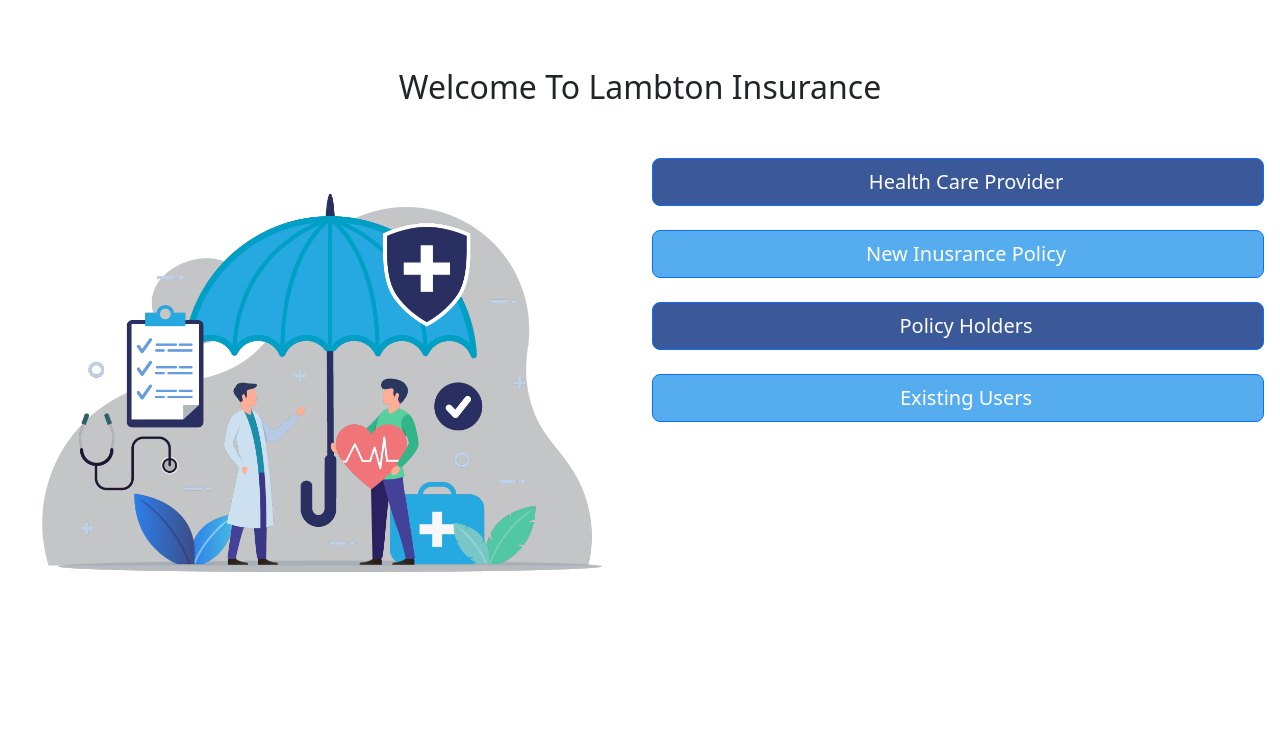
Repository: Puttaz/InsuranceGUI_React
Page: /index (app in client/)
The author's editor kept a copy of each file at every save. The page is drawn from the files as they stood at one save, then again after the next save.
The browser window is 1280 px wide. The pictures show the whole page.
The project was rebuilt for these pictures with package versions that can differ from the ones it lists, and the page was loaded fresh each time. Also part of the build but not shown: client/vite.config.js, client/src/Index.css, client/src/Users.jsx, client/src/CreateUser.jsx, client/src/UpdateUser.jsx.

Above is the page before, as saved 2023-12-06 17:44:35.

### client/src/App.jsx
import { useState } from 'react'
import './App.css'
import {BrowserRouter, Routes, Route} from 'react-router-dom'
import 'bootstrap/dist/css/bootstrap.min.css'
import Index from './Index'
import Users from './Users'
import CreateUser from './CreateUser'
import UpdateUser from './UpdateUser'

function App() {
  const [count, setCount] = useState(0)

  return (
    <div>
      <BrowserRouter>
        <Routes>
          <Route path='/index' element = {<Index />}></Route>
          <Route path='/viewusers' element = {<Users />}></Route>
          <Route path='/createuser' element = {<CreateUser />}></Route>
          <Route path='/updateuser/:id' element = {<UpdateUser />}></Route>
        </Routes>
      </BrowserRouter>
    </div>
  )
}

export default App

### client/src/Index.jsx
import React from 'react';
import './App.css'; // Import your CSS file for styling
import Homepage from "./Homepage.png";
import './Index.css'

import {
  MDBContainer,
  MDBCol,
  MDBRow,
  MDBBtn,
  MDBIcon,
  MDBInput,
  MDBCheckbox
}
from 'mdb-react-ui-kit';

function App() {
  return (
    <MDBContainer fluid className="p-3 my-5">
      <div className="text-center">
      <h2 className="mt-1 mb-5 pb-1">Welcome To Lambton Insurance</h2>
      </div>
      <MDBRow>

        <MDBCol col='10' md='6'>

          <img src={Homepage}
          class="img-fluid" alt="home image" />
        </MDBCol>

        <MDBCol col='4' md='6'>

          <MDBBtn className="mb-4 w-100" size="lg" style={{backgroundColor: '#3b5998'}}>
            <MDBIcon fab icon="facebook-f" className="mx-2"/>
            Health Care Provider
          </MDBBtn>

          <MDBBtn className="mb-4 w-100" size="lg" style={{backgroundColor: '#55acee'}}>
            <MDBIcon fab icon="twitter" className="mx-2"/>
            New Inusrance Policy
          </MDBBtn>

          <MDBBtn className="mb-4 w-100" size="lg" style={{backgroundColor: '#3b5998'}}>
            <MDBIcon fab icon="facebook-f" className="mx-2"/>
            Policy Holders
          </MDBBtn>

          <MDBBtn className="mb-4 w-100" size="lg" style={{backgroundColor: '#55acee'}}>
            <MDBIcon fab icon="twitter" className="mx-2"/>
            Existing Users
          </MDBBtn>

        </MDBCol>

      </MDBRow>

    </MDBContainer>
  );
}

export default App;

Loaded but not shown: client/index.html (common file); client/src/main.jsx (common file); client/src/App.css (no stored copy; drawn as an empty file)

After the next save:
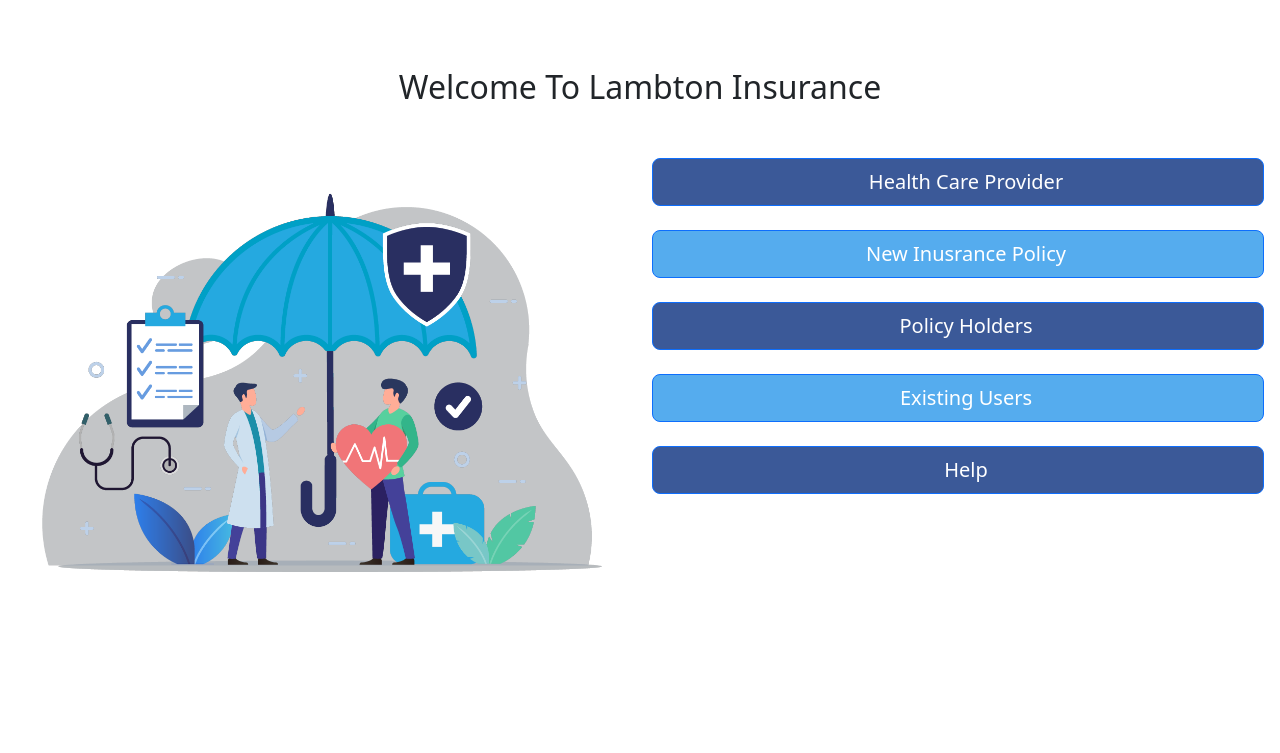
Saved 58 s later.
--- a/client/src/Index.jsx
+++ b/client/src/Index.jsx
@@ -50,6 +50,11 @@ function App() {
             Existing Users
           </MDBBtn>
 
+          <MDBBtn className="mb-4 w-100" size="lg" style={{backgroundColor: '#3b5998'}}>
+            <MDBIcon fab icon="facebook-f" className="mx-2"/>
+            Help
+          </MDBBtn>
+
         </MDBCol>
 
       </MDBRow>
